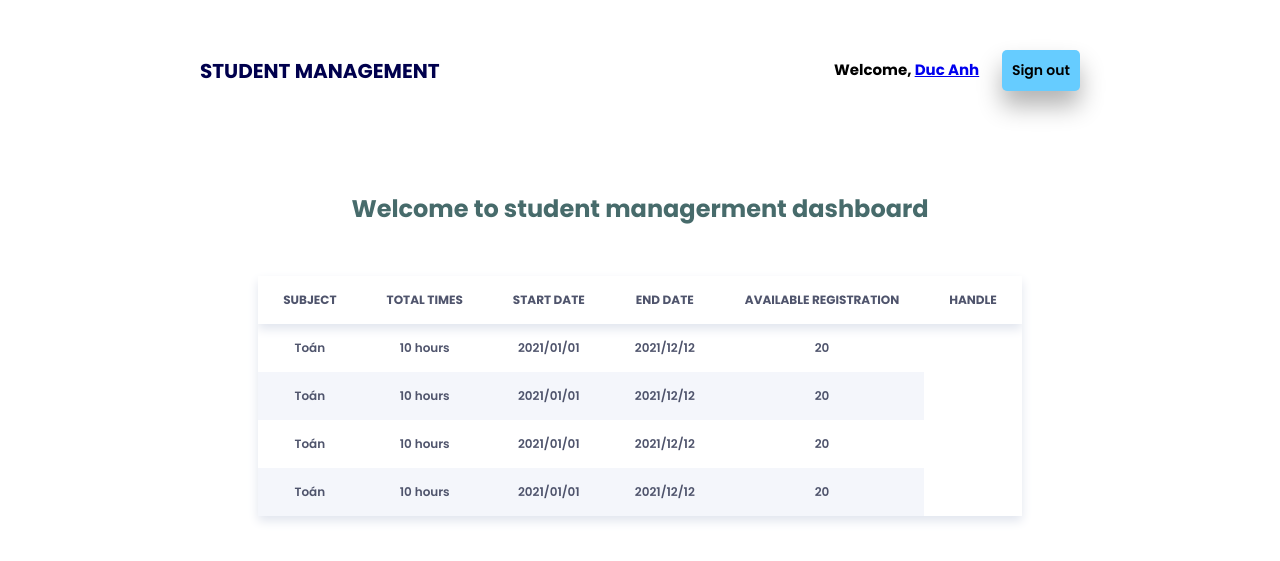
Repository: lenhandat/studentManagement
Page: front-end/fontpart3/Student_Management/user/homeUser.html
The author's editor kept a copy of each file at every save. The page is drawn from the files as they stood at one save, then again after the next save.
The browser window is 1280 px wide. The pictures show the whole page.
Some icons come from a web library that is not loaded, so they are not drawn.

Above is the page before, as saved 2021-08-27 23:46:47.

### front-end/fontpart3/Student_Management/user/homeUser.html
<!DOCTYPE html>
<html lang="en">
<head>
    <meta charset="UTF-8">
    <meta http-equiv="X-UA-Compatible" content="IE=edge">
    <meta name="viewport" content="width=device-width, initial-scale=1.0">
    <link rel="preconnect" href="https://fonts.googleapis.com">
    <link rel="preconnect" href="https://fonts.gstatic.com" crossorigin>
    <link href="https://fonts.googleapis.com/css2?family=Poppins:wght@300;400;500;600;700&display=swap" rel="stylesheet">
    <link rel="stylesheet" href="../assets/css/reset.css">
    <link rel="stylesheet" href="../assets/css/homeUser.css">
    <title>Home</title>
</head>
<body>
    <header class="header">
        <h1 class="header__title">Student Management</h1>
        <div class="header__right">
            <h2 class="header__text">Welcome, <a href="#">Duc Anh</a></h2>
            <a href="#" class="header__right--element header__register">
                Sign out
                <i class="fas fa-sign-out-alt"></i>
            </a>
        </div>
    </header>
    <main>
        <h1 class = "title">Welcome to student managerment dashboard</h1>
        <section class="table__student">
            <table class="table__content">
                <thead>
                    <tr>
                        <th>Subject</th>
                        <th>Total Times</th>
                        <th>Start Date</th>
                        <th>End Date</th>
                        <th>Available Registration</th>
                        <th>Handle</th>
                    </tr>
                </thead>
                <tbody>
                    <tr>
                        <td>Toán</td>
                        <td>10 hours</td>
                        <td>2021/01/01</td>
                        <td>2021/12/12</td>
                        <td>20</td>
                    </tr>
                    <tr>
                        <td>Toán</td>
                        <td>10 hours</td>
                        <td>2021/01/01</td>
                        <td>2021/12/12</td>
                        <td>20</td>
                    </tr>
                    <tr>
                        <td>Toán</td>
                        <td>10 hours</td>
                        <td>2021/01/01</td>
                        <td>2021/12/12</td>
                        <td>20</td>
                    </tr>
                    <tr>
                        <td>Toán</td>
                        <td>10 hours</td>
                        <td>2021/01/01</td>
                        <td>2021/12/12</td>
                        <td>20</td>
                    </tr>
                </tbody>
            </table>
        </section>
    </main>
    <script src="../assets/fontAwesome/all.min.js"></script>
</body>
</html>

### front-end/fontpart3/Student_Management/assets/css/reset.css
*{
    margin: 0;
    padding: 0;
    box-sizing: border-box;
}

html{
    font-size: 62.5%;
    font-family: 'Poppins', sans-serif;
}

### front-end/fontpart3/Student_Management/assets/css/homeUser.css
.header{
    padding: 5rem 20rem;
    display: flex;
    flex-direction: row;
    align-items: center;
    justify-content: space-between;
}

.header__title{
    font-size: 2rem;
    text-transform: uppercase;
    color: #00004d;
}

.header__text{
    display: inline-block;
    margin-right: 2rem;
}

.header__text span{
    color: #66ccff;
}

.header__right--element{
    display: inline-block;
    padding: 1rem;
    color: #000;
    text-decoration: none;
    font-size: 1.4rem;
    font-weight: 600;
    background-color: #66ccff;
    border-radius: 5px;
    box-shadow: 0 1.5rem 2.5rem rgba(0,0,0, 0.3);
    transition: all .2s;
}

.header__right--element:not(:last-child) {
    margin-right: 2rem;
}

.header__right--element:hover{
    transform: translateY(-2px);
    background-color: #2b70f2;
    color: #fff;
}
.header__right--element:active{
    transform: translateY(0);
    box-shadow: 0 1rem 2rem rgba(0,0,0, 0.2);
}

.table__student{
    margin-top: 5rem;
    display: grid;
    justify-content: center;
    align-items: center;
    color: #4f546c;
    /* background-color: #f4f6fb; */

}


.title{
    padding-top: 5rem;
    text-align: center;
    font-size: 2.4rem;
    color: #476b6b;
}

.table__content{
    padding: 5rem 20rem;
    border-collapse: collapse;
    box-shadow: 0 0.5rem 1rem #e1e5ee;
    background-color: #fff;
    text-align: center;
    overflow: hidden;
}

.table__content thead{
    box-shadow: 0 0.5rem 1rem #e1e5ee;
}

.table__content th{
    padding: 1.5rem 2.5rem;
    text-transform: uppercase;
    font-size: 1.2rem;
    font-weight: 700;
}

.table__content td{
    padding: 1.5rem 2.5rem;
    font-size: 1.2rem;
    font-weight: 600;
}

.table__content tr:nth-child(even){
    background-color:  #f4f6fb;
}

After the next save:
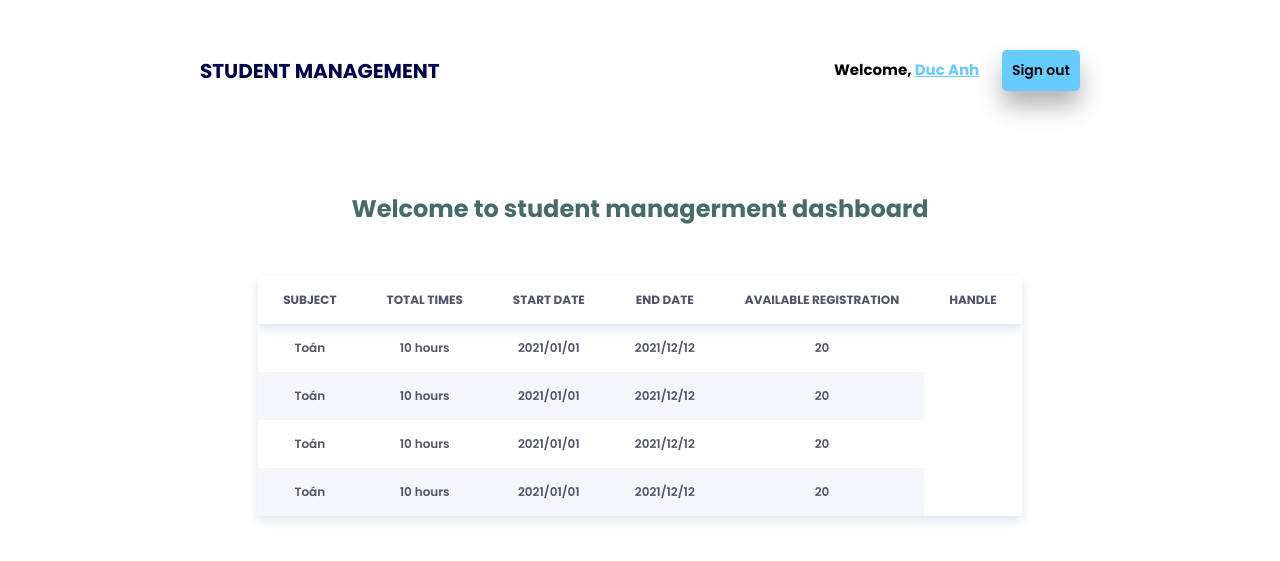
Saved 4 s later.
--- a/front-end/fontpart3/Student_Management/assets/css/homeUser.css
+++ b/front-end/fontpart3/Student_Management/assets/css/homeUser.css
@@ -17,7 +17,7 @@
     margin-right: 2rem;
 }
 
-.header__text span{
+.header__text a{
     color: #66ccff;
 }
 
